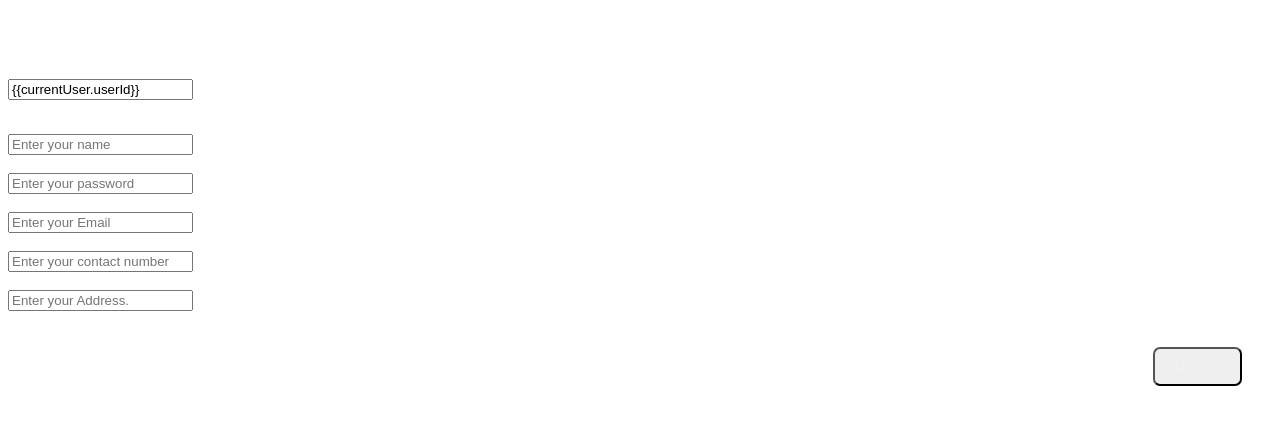
Repository: shailaja1601/collaborative_project
Page: CollabarationFrontEnd/WebContent/user/my_profile.html
The author's editor kept a copy of each file at every save. The page is drawn from the files as they stood at one save, then again after the next save.
The browser window is 1280 px wide. The pictures show the whole page.

Above is the page before, as saved 2017-02-03 11:27:36.

After the next save:
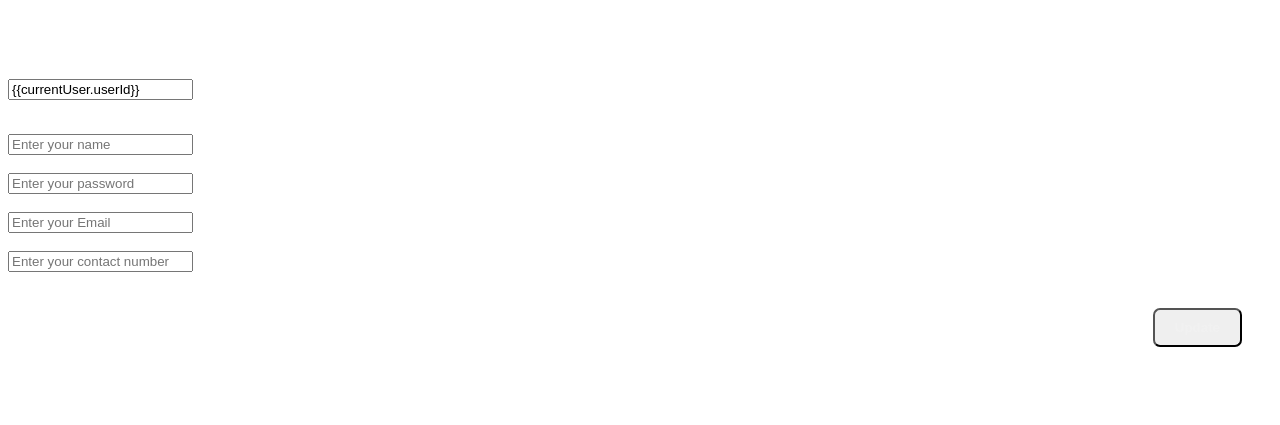
Saved 17 s later.
--- a/CollabarationFrontEnd/WebContent/user/my_profile.html
+++ b/CollabarationFrontEnd/WebContent/user/my_profile.html
@@ -104,15 +104,15 @@ background-color:rgba(255,255,255,0.1);
 								</div>
 							</div>
 
-							 <div class="form-group col-md-12">
+							<!--  <div class="form-group col-md-12">
 								<label class="col-sm-2 control-lable" for="address">Address</label>
-								<div class="col-md-10">  <!-- value= {{currentUser.address}} -->
+								<div class="col-md-10">  value= {{currentUser.address}}
 									<input type="text"   width="100" height="50"
 									  data-ng-model="ctrl.user.address"
 										data-ng-bind="ctrl.user.address" id="address"
 										class="form-control input-sm"
 										placeholder="Enter your Address." />
-								</div>
+								</div>  -->
 							</div>
 						<br><br>
 						<div class="form-actions">
